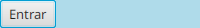
Repository: angelalvess/java-fx
Program's window: java javafx/src/fxml/AppFXML.java
These files come from the project's save history. The program's window is drawn as it stood at one moment and after the next save; the edit follows.
It runs on Java 21 on a 1366 x 768 screen with JavaFX 11; the title bar is not drawn.

Above is the program's window before, as saved 2025-02-03 14:59:25.

### javafx/src/fxml/AppFXML.java
package fxml;

import java.net.URL;

import javafx.application.Application;
import javafx.fxml.FXMLLoader;
import javafx.scene.Scene;
import javafx.scene.layout.GridPane;
import javafx.stage.Stage;

public class AppFXML extends Application {

	@Override
	public void start(Stage primaryStage) throws Exception {
		URL fileFXML = getClass().getResource("/fxml/Login.fxml");
		GridPane raizGridPane = FXMLLoader.load(fileFXML);

		Scene sceneOne= new Scene(raizGridPane);

		primaryStage.setResizable(false);

		primaryStage.setScene(sceneOne);
		primaryStage.show();
	}

	public static void main(String[] args) {
		launch(args);
	}
}

### javafx/src/fxml/Login.fxml
<?xml version="1.0" encoding="UTF-8"?>

<?import javafx.scene.layout.*?>
<?import javafx.scene.control.*?>

<GridPane xmlns:fx="http://javafx.com/fxml/1">

	<Button text="Entrar" ></Button>
</GridPane>

After the next save:
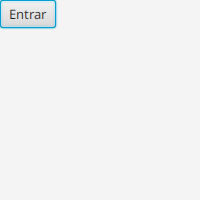
Saved 28 s later.
--- a/javafx/src/fxml/AppFXML.java
+++ b/javafx/src/fxml/AppFXML.java
@@ -13,9 +13,9 @@
 	@Override
 	public void start(Stage primaryStage) throws Exception {
 		URL fileFXML = getClass().getResource("/fxml/Login.fxml");
-		GridPane raizGridPane = FXMLLoader.load(fileFXML);
+		GridPane raiz = FXMLLoader.load(fileFXML);
 
-		Scene sceneOne= new Scene(raizGridPane);
+		Scene sceneOne= new Scene(raiz, 200,200);
 
 		primaryStage.setResizable(false);
 
